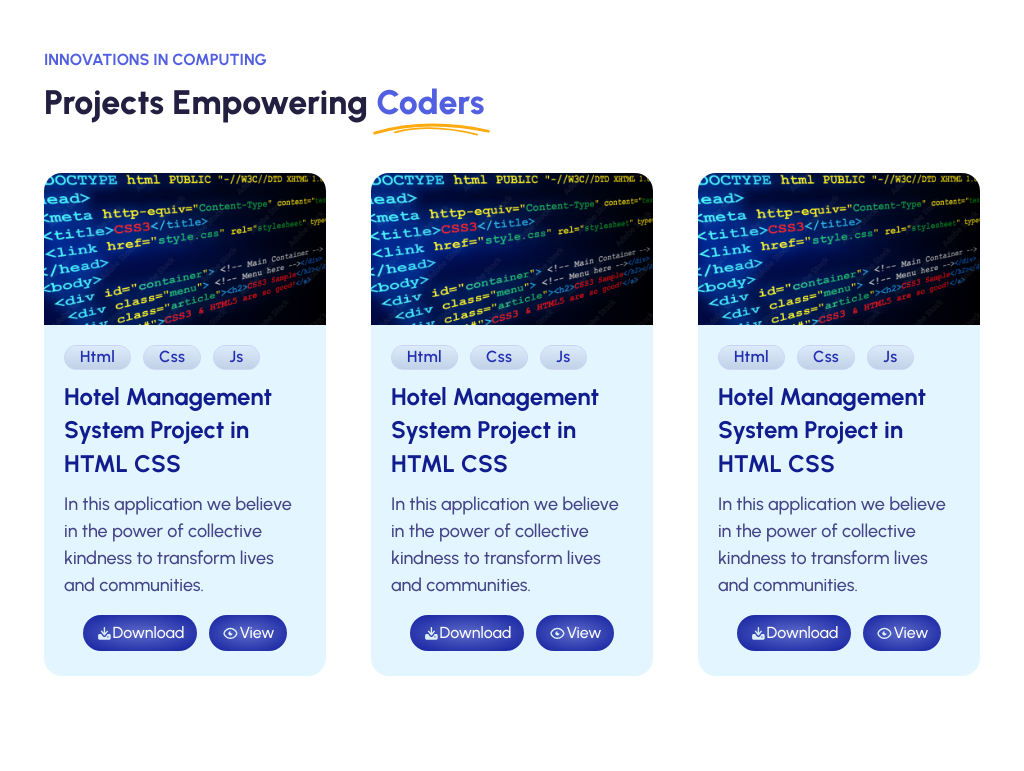
Repository: sharma171/jtccreativeideas
Page: /newsection (app in nextjssite/)
These files come from the project's save history. The page is drawn as it stood at one moment and after the next save; the edit follows.
The browser window is 1024 px wide. The pictures show the whole page.
The project was rebuilt for these pictures with package versions that can differ from the ones it lists, and the page was loaded fresh each time. The framework's server and built-in components were replaced by stand-ins that run in the browser. Also part of the build but not shown: nextjssite/next.config.mjs.

Above is the page before, as saved 2024-03-28 16:18:37.

### nextjssite/src/app/layout.js
// import { Inter } from "next/font/google";
// import "./globals.css";
import 'bootstrap/dist/css/bootstrap.min.css';

// const inter = Inter({ subsets: ["latin"] });

export const metadata = {
  title: "Create Next App",
  description: "Generated by create next app",
};

 const RootLayout = ({ children }) => {
  return (
    <html lang="en">
      <body>
        {/* Layout UI */}
        <main>{children}</main>
      </body>
    </html>
  )
}
export default RootLayout;

### nextjssite/src/app/newsection/page.jsx
import React from 'react'
import "./page.css"
import Headicon from "./after-head-icon.svg"
import Image from 'next/image'
import Link from 'next/link'
import Projimg1 from './images/projsection1.png'
import Projimg2 from './images/projsection2.png'
import Projimg3 from './images/projsection3.png'
import Downloadicon from './images/Download-icon.svg'
import Viewicon from './images/view-icon.svg'
const Page = () => {
    return(
        <>
        <section className="projects">
            <div className="container">
                <div className="col-flex main-head">
                    <h5 className="small-head">Innovations in Computing</h5>
                    <h3 className="bghead">Projects Empowering <span>Coders
                        <Image src={Headicon}></Image></span></h3>
                </div>
                <ul className="project-cards">
                    <li>

                        <div className="card-inner">
                            <Image src={Projimg1} alt="project" className="thumb"></Image>
                            <div className="info">
                                <div className="tech-info">
                                    <span>Html</span>
                                    <span>Css</span>
                                    <span>Js</span>
                                </div>
                                <Link href="/newsection" className="text-link">
                                    <h3 className="heading">
                                        Hotel Management System Project in HTML CSS
                                    </h3>
                                </Link>
                                <p className="cardpara">
                                    In this application we believe in the power of collective kindness to transform lives and communities.
                                </p>
                                <div className="card-button">
                                    <a href="" className="bot-button">
                                        <Image src={Downloadicon} alt='icon'></Image>
                                        Download
                                    </a>
                                    <a href="" className="bot-button">
                                        <Image src={Viewicon} alt='icon'></Image>
                                        View
                                    </a>
                                </div>
                            </div>
                        </div>
                    </li>
                    <li>

                            <div className="card-inner">
                                <Image src={Projimg1} alt="project" className="thumb"></Image>
                                <div className="info">
                                    <div className="tech-info">
                                        <span>Html</span>
                                        <span>Css</span>
                                        <span>Js</span>
                                    </div>
                                    <Link href="/newsection" className="text-link">
                                        <h3 className="heading">
                                            Hotel Management System Project in HTML CSS
                                        </h3>
                                    </Link>
                                    <p className="cardpara">
                                        In this application we believe in the power of collective kindness to transform lives and communities.
                                    </p>
                                    <div className="card-button">
                                        <a href="" className="bot-button">
                                            <Image src={Downloadicon} alt='icon'></Image>
                                            Download
                                        </a>
                                        <a href="" className="bot-button">
                                            <Image src={Viewicon} alt='icon'></Image>
                                            View
                                        </a>
                                    </div>
                                </div>
                            </div>
                    </li>
                    <li>

                            <div className="card-inner">
                                <Image src={Projimg1} alt="project" className="thumb"></Image>
                                <div className="info">
                                    <div className="tech-info">
                                        <span>Html</span>
                                        <span>Css</span>
                                        <span>Js</span>
                                    </div>
                                    <Link href="/newsection" className="text-link">
                                        <h3 className="heading">
                                            Hotel Management System Project in HTML CSS
                                        </h3>
                                    </Link>
                                    <p className="cardpara">
                                        In this application we believe in the power of collective kindness to transform lives and communities.
                                    </p>
                                    <div className="card-button">
                                        <a href="" className="bot-button">
                                            <Image src={Downloadicon} alt='icon'></Image>
                                            Download
                                        </a>
                                        <a href="" className="bot-button">
                                            <Image src={Viewicon} alt='icon'></Image>
                                            View
                                        </a>
                                    </div>
                                </div>
                            </div>
                    </li>
                </ul>
            </div>
        </section>
        <section className="project-category">
            <div className="container">

            </div>
        </section>
        </>
    )
}
export default Page;

### nextjssite/src/app/newsection/page.css
@import url('https://fonts.googleapis.com/css2?family=Urbanist:ital,wght@0,100..900;1,100..900&display=swap');
* {
    font-family: 'Urbanist', sans-serif;
    font-optical-sizing: auto;
}

section.projects {
    padding: 50px 0;
}
.main-head .small-head {
    color: #525fe1;
    font-size: 16px;
    font-weight: 700;
    text-transform: uppercase;
}
.main-head .bghead {
    color: #231f40;
    font-size: 34px;
    line-height: 1.5em;
    font-weight: 800;
}
.main-head .bghead span {
    color: #525fe1;
    position: relative;
}
.main-head .bghead span img {
    position: absolute;
    top: 100%;
    left: -5.9999999999999964px;
    width: 122.29999999999994px;
    height: 12.600000000000012px;
}
.project-cards {
    padding: 0;
    margin: 45px 0;
    list-style: none;
    display: flex;
    flex-direction: row;
    gap: 45px;
}
.project-cards li {
    width: calc(33.33333333333333% - 30px);
    border-radius: 18px;
    background: #E3F5FF;
}
.project-cards li .card-inner {
    display: flex;
    flex-direction: column;
    width: 100%;
    border-top-left-radius: 18px;
    border-top-right-radius: 18px;
}
.project-cards li .card-inner .thumb {
    width: 100%;
    max-width: 100%;
    height: auto;
    object-fit: cover;
    border-top-left-radius: 18px;
    border-top-right-radius: 18px;
}
.project-cards li .card-inner .info {
    padding: 20px 20px;
    display: flex;
    flex-direction: column;
    gap: 10px;
}

.project-cards li .card-inner .info .tech-info {
    display: flex;
    flex-direction: row;
    align-items: center;
    gap: 12px;
}
.project-cards li .card-inner .info .tech-info span {
    height: 25px;
    font-size: 16px;
    color: #222FB0;
    padding: 0 15px;
    font-weight: 600;
    letter-spacing: 0.3px;
    line-height: 16px;
    background: linear-gradient(181deg, #d2d7f152, #C0D0E7);
    align-content: center;
    border-radius: 19px;
    border: 1px solid #ccd3fbc2;
}
.project-cards li .card-inner .info .text-link {
    text-decoration: none;
}
.project-cards li .card-inner .info .heading {
    font-size: 24px;
    line-height: 1.4em;
    font-weight: 700;
    color: #111D8F;
    margin: 0;
}
.project-cards li .card-inner .info .cardpara {
    font-size: 18px;
    line-height: 1.5em;
    font-weight: 500;
    color: #444487;
    margin: 0 0 6px 0;
}
.project-cards li .card-inner .info .card-button {
    display: flex;
    flex-direction: row;
    align-items: center;
    justify-content: center;
    gap: 12px;
    margin-bottom: 5px;
}
.project-cards li .card-inner .info .card-button .bot-button {
    background: radial-gradient(#5C6AC8, #121F9F);
    padding: 6px 13px;
    font-size: 16px;
    line-height: 1.5em;
    align-content: center;
    border-radius: 20px;
    text-decoration: none;
    color: #fff;
    font-weight: 500;
}
@media (max-width: 1200px)

After the next save:
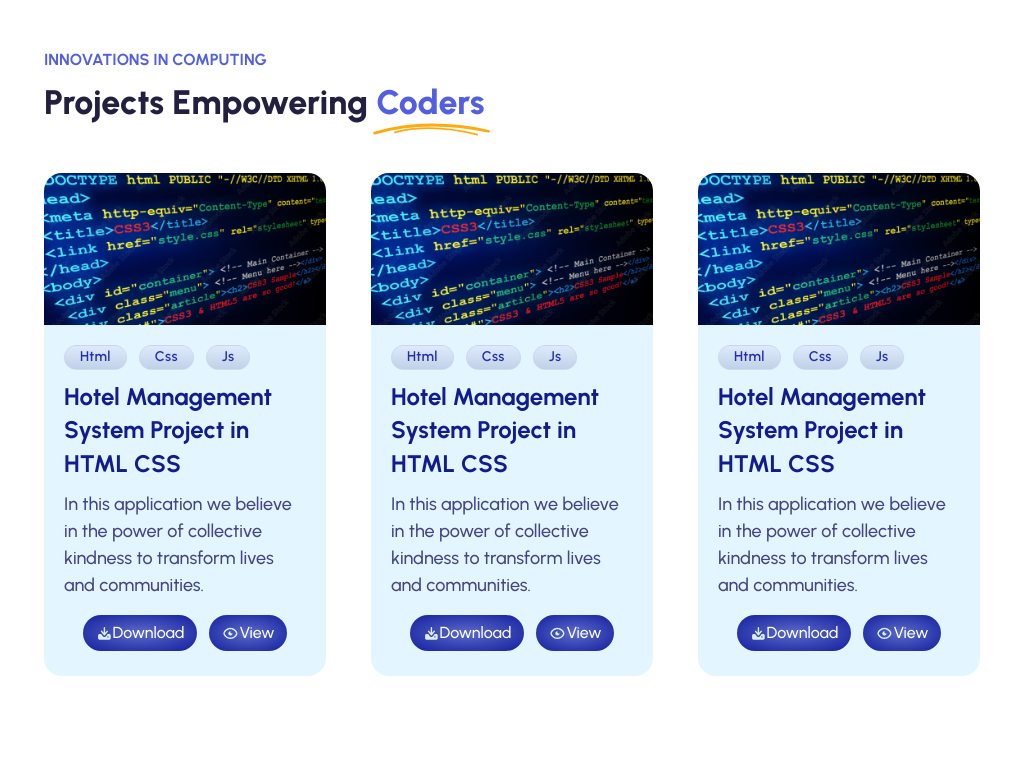
Saved 18 s later.
--- a/nextjssite/src/app/newsection/page.css
+++ b/nextjssite/src/app/newsection/page.css
@@ -120,4 +120,8 @@ section.projects {
     color: #fff;
     font-weight: 500;
 }
-@media (max-width: 1200px)
+@media (max-width: 1200px){
+    .project-cards li .card-inner .info .tech-info span{
+        font-size: 14px;
+    }
+}
